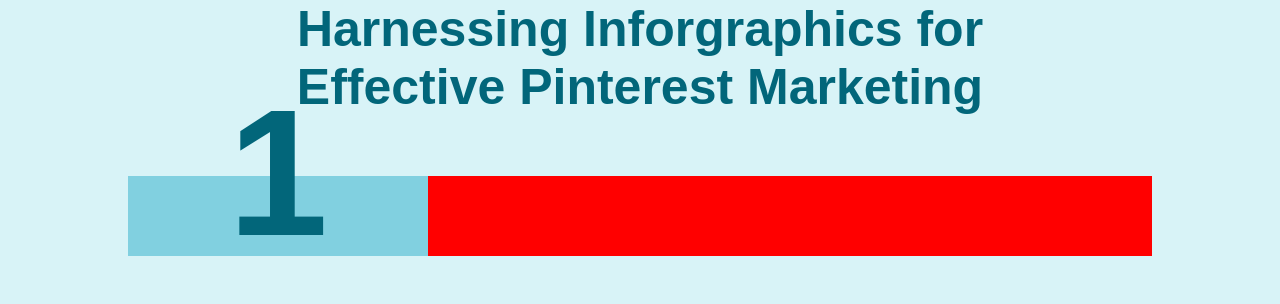
Repository: ayushrajput545/InforGraphic-page
Page: index.html
An editor plug-in stored every save of this project. The page is shown before and after the next save, followed by the edit.
The browser window is 1280 px wide. The pictures show the whole page.
Some web fonts or font styles are not loaded; a fallback is used.

Above is the page before, as saved 2025-04-01 21:57:36.

### index.html
<!DOCTYPE html>
<html lang="en">
<head>
    <meta charset="UTF-8">
    <meta name="viewport" content="width=device-width, initial-scale=1.0">
    <link rel="stylesheet" href="style.css">
    <link rel="preconnect" href="https://fonts.googleapis.com">
    <link rel="preconnect" href="https://fonts.gstatic.com" crossorigin>
    <link href="https://fonts.googleapis.com/css2?family=Protest+Riot&display=swap" rel="stylesheet">
</head>
<body>

    <h1 class="header">Harnessing Inforgraphics for Effective Pinterest Marketing</h1>



    <div class="container">

        <div class="overlap">
            <h1 class="steps">1</h1>

        </div>



    </div>

</body>
</html>

### style.css
*{
    margin: 0;
    padding: 0;
    box-sizing: border-box;
}

body{
    background-color: #d8f3f7;;
}

.header{
    font-family: "Protest Riot", sans-serif;
    text-align: center;
    max-width: 60%;
    margin: auto;
    font-size: 50px;
    font-weight: bold;
    color: #02667a;
}

.container{
    position: relative;
    width: 80%;
    margin: auto;
    background-color: red;
    margin-top: 60px;
}

.overlap{
    background-color: #81d0e0;
    width: 300px;
    height: 80px;
    position: relative;
    z-index: 1;
    display: flex;
    justify-content: center;
}

.steps{
    font-family: "Protest Riot", sans-serif;
    font-size: 180px;
    font-weight: bold;
    color: #02667a;
    position: absolute;
    z-index: 2;
    bottom: -20px;


}

After the next save:
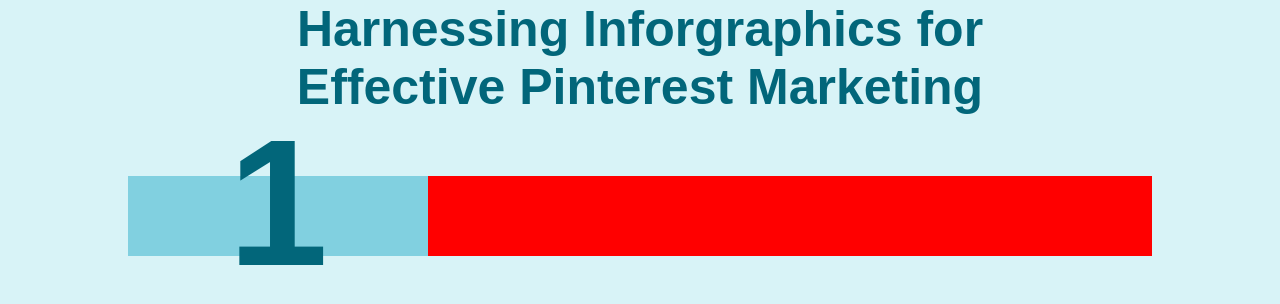
Saved 9 s later.
--- a/style.css
+++ b/style.css
@@ -43,7 +43,7 @@
     color: #02667a;
     position: absolute;
     z-index: 2;
-    bottom: -20px;
+    bottom: -50px;
 
 
 }
